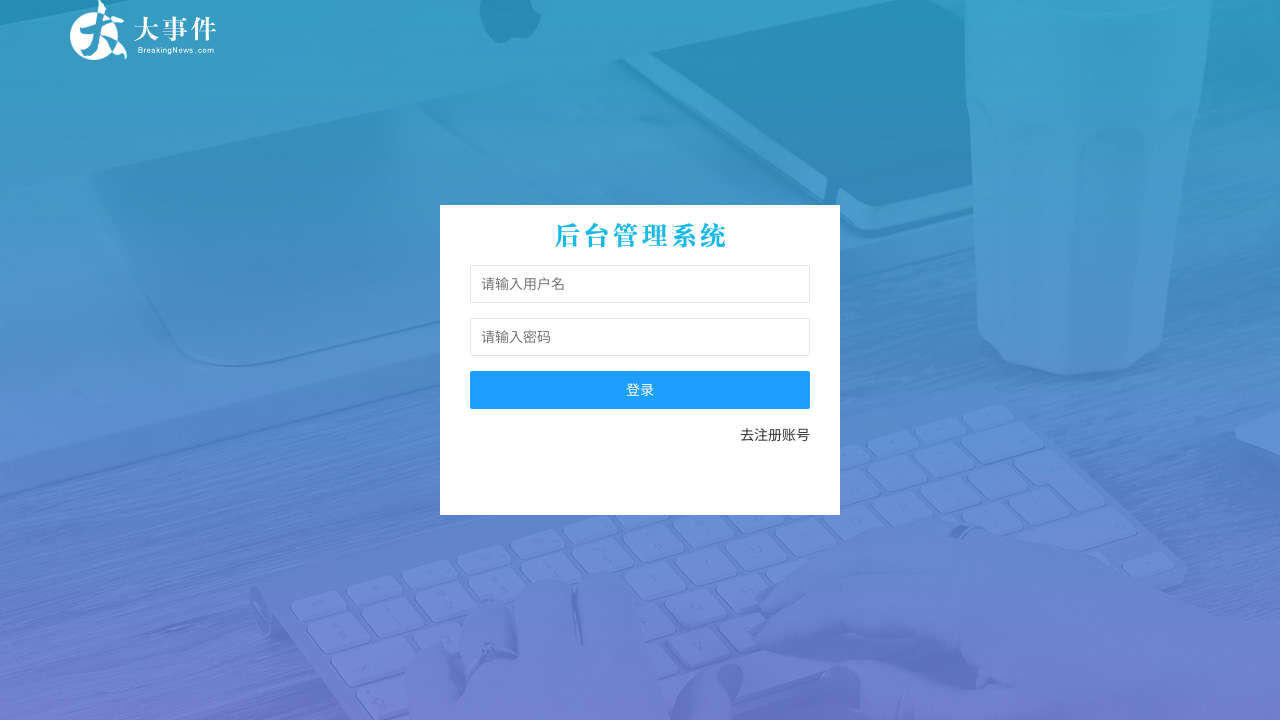
Repository: lithronmatic/web_bigbigevent
Page: login.html
An editor plug-in stored every save of this project. The page is shown before and after the next save, followed by the edit.
The browser window is 1280 px wide. The pictures show the whole page.

Above is the page before, as saved 2022-08-23 12:24:33.

After the next save:
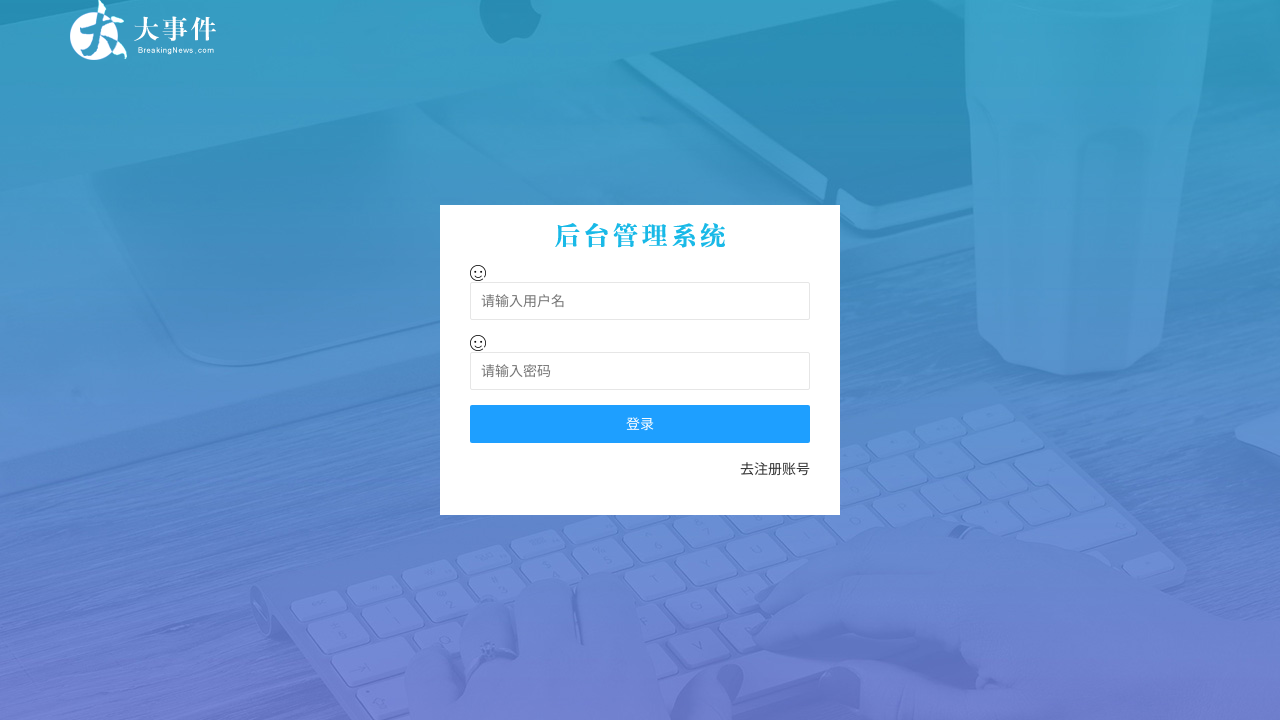
Saved 5 min 42 s later.
--- a/login.html
+++ b/login.html
@@ -25,11 +25,13 @@
             <form class="layui-form" action="">
                 <!-- 用户名 -->
                 <div class="layui-form-item">
+                    <i class="layui-icon layui-icon-face-smile"></i>
                     <input type="text" name="username" required lay-verify="required" placeholder="请输入用户名"
                         autocomplete="off" class="layui-input">
                 </div>
                 <!-- 密码 -->
                 <div class="layui-form-item">
+                    <i class="layui-icon layui-icon-face-smile"></i>
                     <input type="password" name="password" required lay-verify="required" placeholder="请输入密码"
                         autocomplete="off" class="layui-input">
                 </div>
